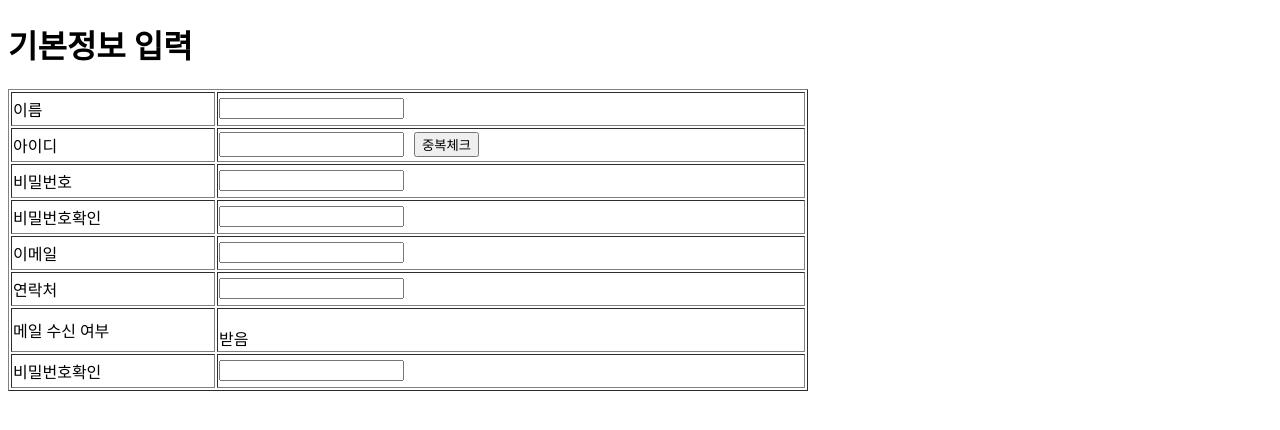
Repository: WonSeungUn/VSCODE
Page: web_work/Html/WebContent/input.html
An editor plug-in stored every save of this project. The page is shown before and after a run of saves, followed by the edit.
The browser window is 1280 px wide. The pictures show the whole page.

Above is the page before, as saved 2024-07-08 06:27:48.

After the next 2 saves:
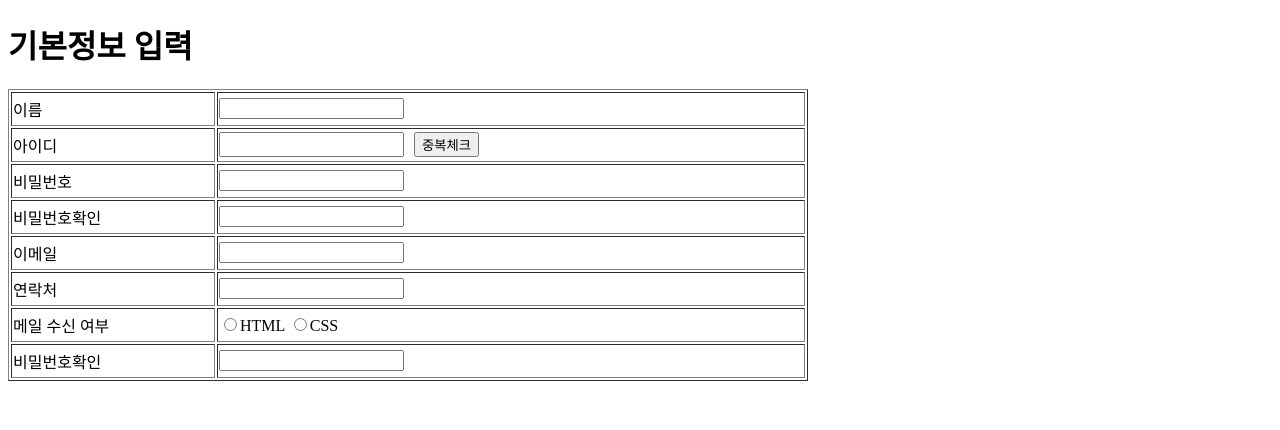
The 2 saves are shown as one change because they came seconds apart.
The last was saved 35 s later.
--- a/web_work/Html/WebContent/input.html
+++ b/web_work/Html/WebContent/input.html
@@ -61,7 +61,8 @@
 				<td width="200">메일 수신 여부</td>
 				<td height ="30">
 					<form action="">
-						<input type="radio" name="emailSend" style="display : grid;">받음
+						<input type="radio" name="chk_info" value="HTML">HTML
+						<input type="radio" name="chk_info" value="CSS">CSS
 					</form>
 				</td>
 			</tr>
